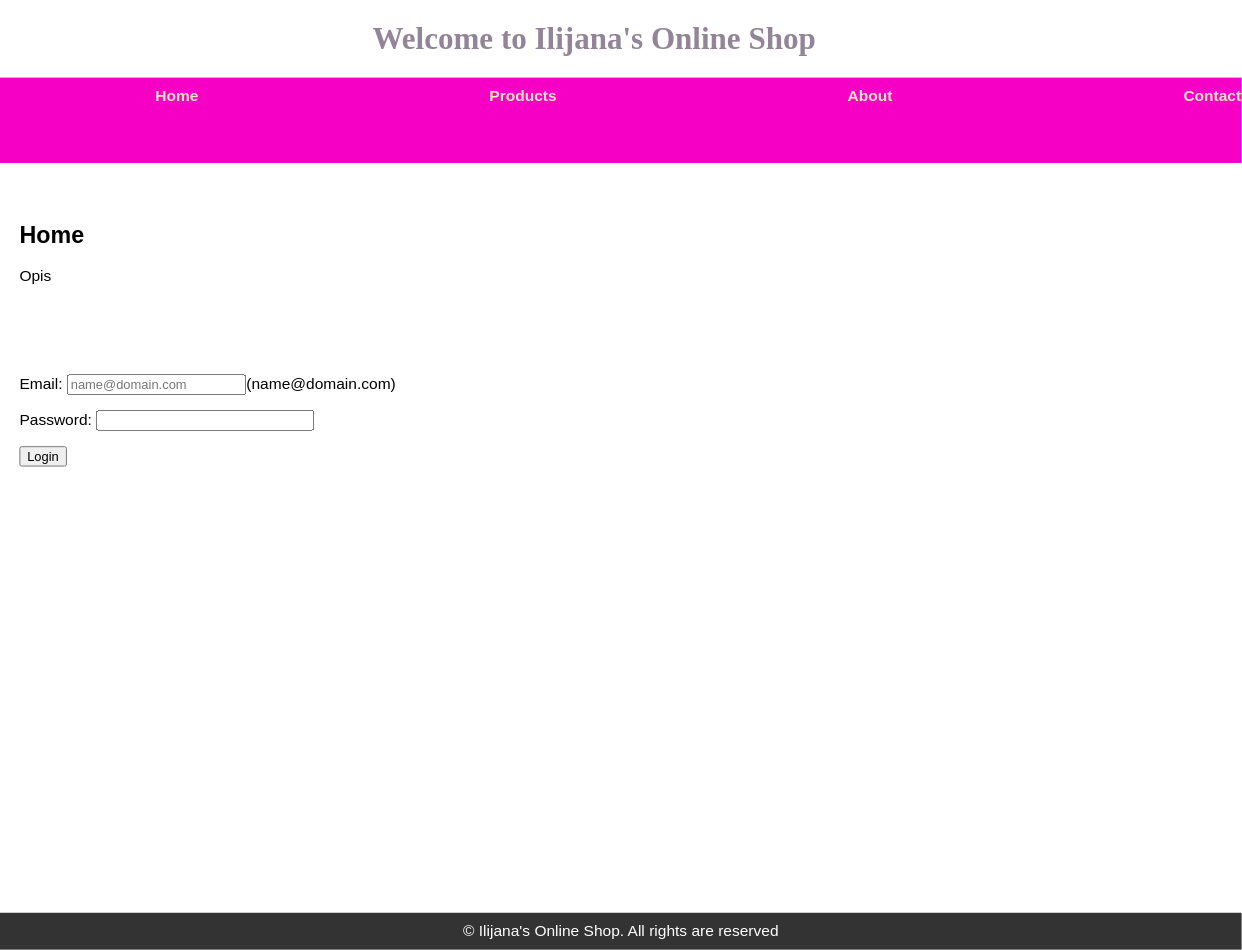
Repository: ilijana123/Proekt1
Page: html.html
These files come from the project's save history. The page is drawn as it stood at one moment and after the next save; the edit follows.
The browser window is 1280 px wide. The pictures show the whole page, at 97% of full size.

Above is the page before, as saved 2023-11-12 23:55:24.

After the next save:
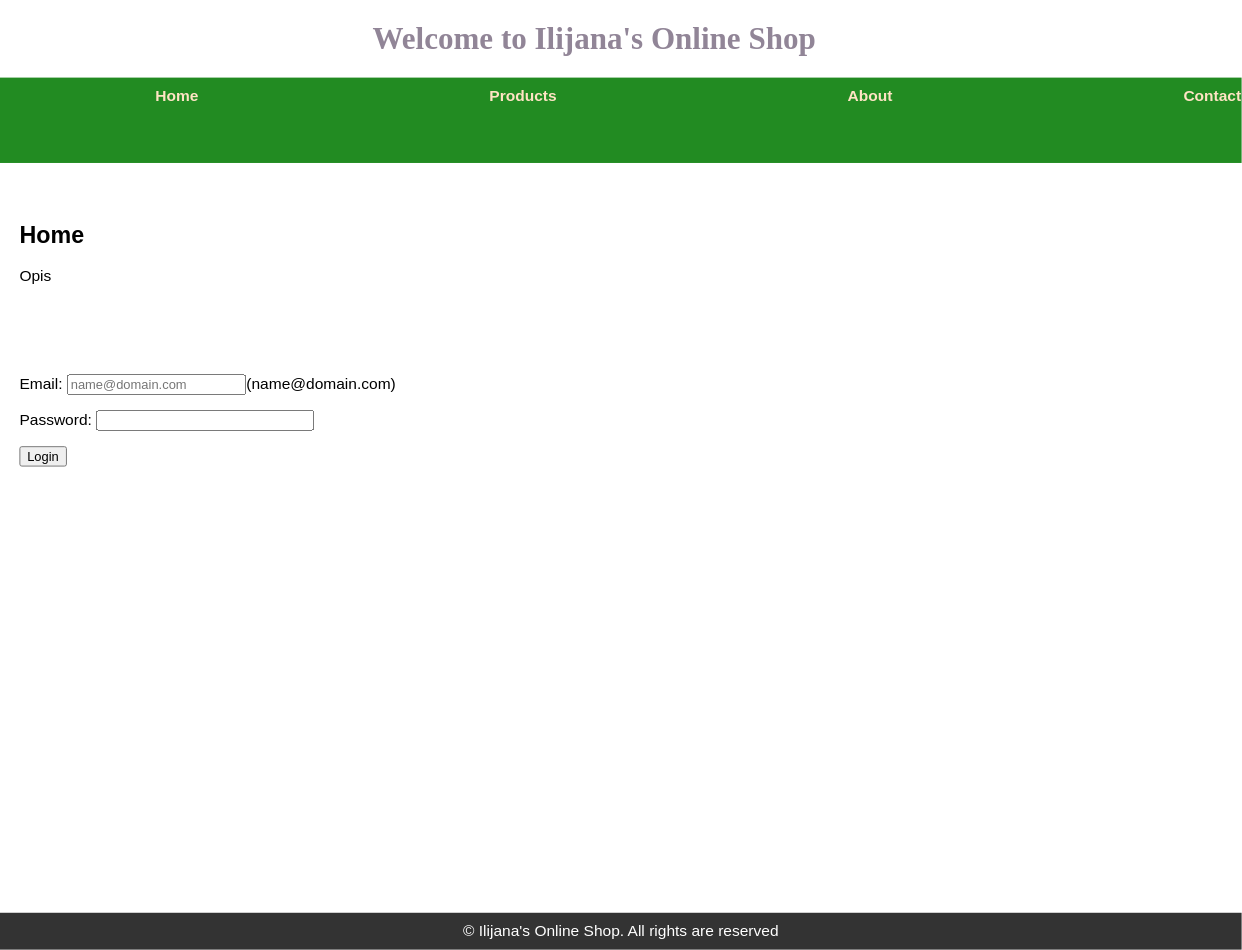
Saved 28 s later.
--- a/1.css
+++ b/1.css
@@ -14,7 +14,7 @@ h1  {
     }
     nav
     {
-        background-color:rgb(246, 0, 197);
+        background-color:forestgreen;
         color: white;
         padding: 10px;
         text-align: center;
